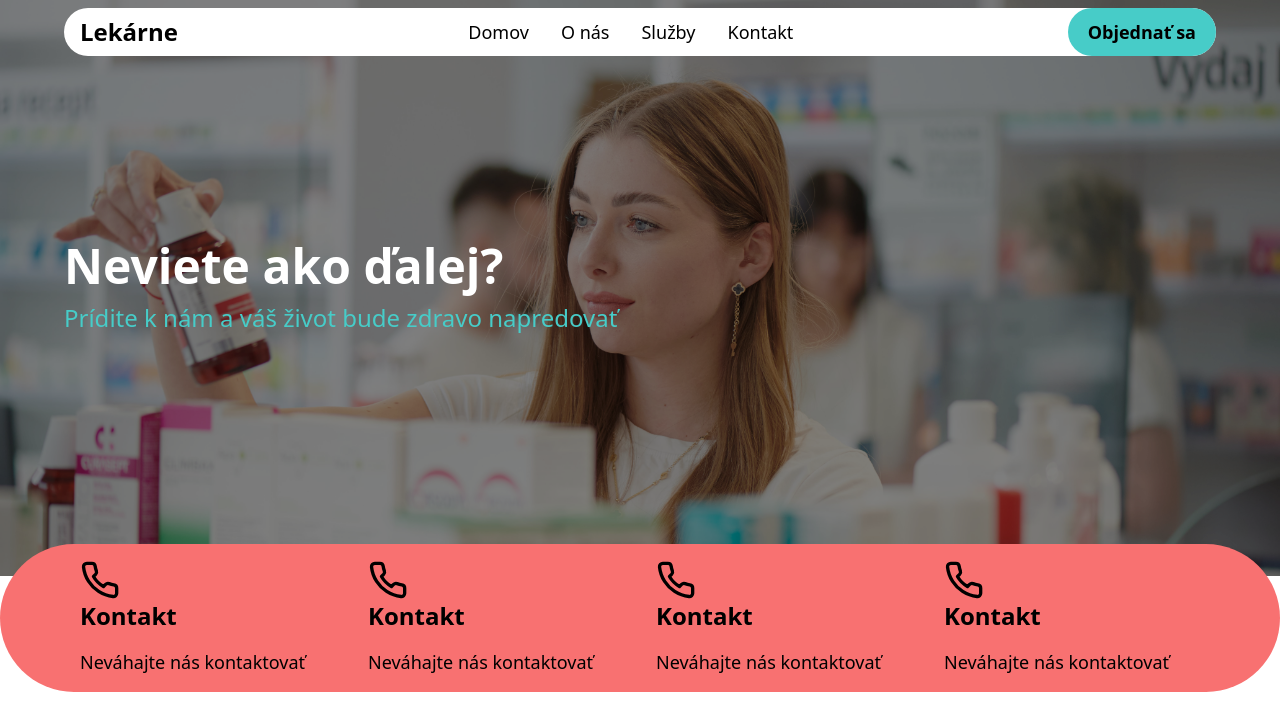
Repository: SimonSkoda13/Lekaren
Page: /
The author's editor kept a copy of each file at every save. The page is drawn from the files as they stood at one save, then again after the next save.
The browser window is 1280 px wide. The pictures show the whole page.
The project was rebuilt for these pictures with package versions that can differ from the ones it lists, and the page was loaded fresh each time. The framework's server and built-in components were replaced by stand-ins that run in the browser. Also part of the build but not shown: next.config.js.

Above is the page before, as saved 2023-04-22 17:39:11.

### src/app/layout.tsx
import { Header } from "./components/Header/Header";
import "./globals.css";
import { Poppins } from "next/font/google";

export const metadata = {
  title: "Create Next App",
  description: "Generated by create next app",
};

export default function RootLayout({
  children,
}: {
  children: React.ReactNode;
}) {
  return (
    <html lang="en">
      <body className="bg-white min-h-[100vh]">
        <Header />
        <main>{children}</main>
        <footer></footer>
      </body>
    </html>
  );
}

### src/app/page.tsx
import Image from "next/image";
import { Inter } from "next/font/google";
import { HomeHero } from "./components/HomeHero/HomeHero";
import { Contact } from "./components/Contact/Contact";

const inter = Inter({ subsets: ["latin"] });

// page with

export default function Home() {
  return (
    <>
      <HomeHero
        title={"Neviete ako ďalej?"}
        image={"/homeBanner.jpg"}
        description={"Prídite k nám a váš život bude zdravo napredovať"}
      />
      <Contact
        items={[
          {
            title: "Kontakt",
            description: "Neváhajte nás kontaktovať",
            icon: "/contactIcon.svg",
          },
          {
            title: "Kontakt",
            description: "Neváhajte nás kontaktovať",
            icon: "/contactIcon.svg",
          },
          {
            title: "Kontakt",
            description: "Neváhajte nás kontaktovať",
            icon: "/contactIcon.svg",
          },
          {
            title: "Kontakt",
            description: "Neváhajte nás kontaktovať",
            icon: "/contactIcon.svg",
          },
        ]}
      />
    </>
  );
}

### src/app/components/Header/Header.tsx
import Link from "next/link";
import React from "react";

export interface HeaderProps {}

export const Header = (props: HeaderProps) => {
  const {} = props;
  return (
    <header className="cntn fixed w-full top-2 z-10">
      <div className="flex bg-white rounded-full">
        <h1 className="py-2 px-4 text-2xl font-bold">Lekárne</h1>
        <div className="py-2 px-4 flex gap-8 items-center mx-auto text-lg font-medium">
          <Link href="/">Domov</Link>
          <Link href="/onas">O nás</Link>
          <Link href="/sluzby">Služby</Link>
          <Link href="/kontakt">Kontakt</Link>
        </div>
        {/* button order self */}
        <div className="flex justify-center items-center px-5 p-0 bg-primary rounded-full text-lg font-bold">
          <Link href="/order">Objednať sa</Link>
        </div>
      </div>
    </header>
  );
};

### src/app/globals.css
@tailwind base;
@tailwind components;
@tailwind utilities;

@layer components {
  .cntn {
    @apply mx-auto px-4  max-w-screen-xl md:px-16;
  }
}

### src/app/components/HomeHero/HomeHero.tsx
import Image from "next/image";
import React from "react";
import { ImageGradient } from "./ImageGradient/ImageGradient";

export interface HomeHeroProps {
  title: string;
  image: string;
  description: string;
}

export const HomeHero = (props: HomeHeroProps) => {
  const { title, image, description } = props;
  return (
    <section className="relative h-[80vh] z-0 px-0">
      <div className="w-full h-full absolute left-0 top-0 ">
        {/* make filter for image to odd brightness from top biggest to bottom lowest */}
        <ImageGradient>
          <Image
            src={image}
            alt="Next.js logo"
            fill
            style={{
              objectFit: "cover",
              objectPosition: "center",
            }}
          />
        </ImageGradient>
      </div>
      <div className="cntn relative gap-3 h-full flex justify-center flex-wrap flex-col z-10">
        <h1 className="text-5xl font-bold text-white">{title}</h1>
        <p className="text-2xl text-primary">{description}</p>
      </div>
    </section>
  );
};

### src/app/components/Contact/Contact.tsx
import { Phone } from "lucide-react";
import Image from "next/image";
import React from "react";

export interface ContactProps {
  items?: {
    title: string;
    description: string;
    icon: string;
  }[];
}

export const Contact = (props: ContactProps) => {
  const { items } = props;
  return (
    <section className="cntn z-10 relative w-full min-h top-[-2rem] grid grid-cols-2 md:grid-cols-4 items-start bg-red-400 rounded-full">
      {items?.map((item) => (
        <div className="flex flex-col items-start gap-4 p-4">
          {/* <Image
            src={item.icon}
            alt={"contactIcon" + item.title}
            width={100}
            height={100}
          /> */}
          <div>
            <Phone size={40} />
            <h2 className="text-2xl font-bold">{item.title}</h2>
          </div>
          <p className="text-lg font-medium">{item.description}</p>
        </div>
      ))}
    </section>
  );
};

### src/app/components/HomeHero/ImageGradient/ImageGradient.tsx
import React from "react";

export interface ImageGradientProps {
  children: React.ReactNode;
}

export const ImageGradient = (props: ImageGradientProps) => {
  const { children } = props;
  return (
    <div className="relative w-full h-full brightness-50 overflow-hidden z-10">
      <div className="absolute inset-0 z-10"></div>
      {children}
    </div>
  );
};

### tailwind.config.js
/** @type {import('tailwindcss').Config} */
module.exports = {
  content: [
    "./src/pages/**/*.{js,ts,jsx,tsx,mdx}",
    "./src/components/**/*.{js,ts,jsx,tsx,mdx}",
    "./src/app/**/*.{js,ts,jsx,tsx,mdx}",
  ],
  theme: {
    extend: {
      colors: {
        primary: "#47CCC8",
        secondary: "#2D3663",
      },
    },
  },
  plugins: [],
};

Loaded but not shown: src/app/api/hello/route.ts (common file)

After the next save:
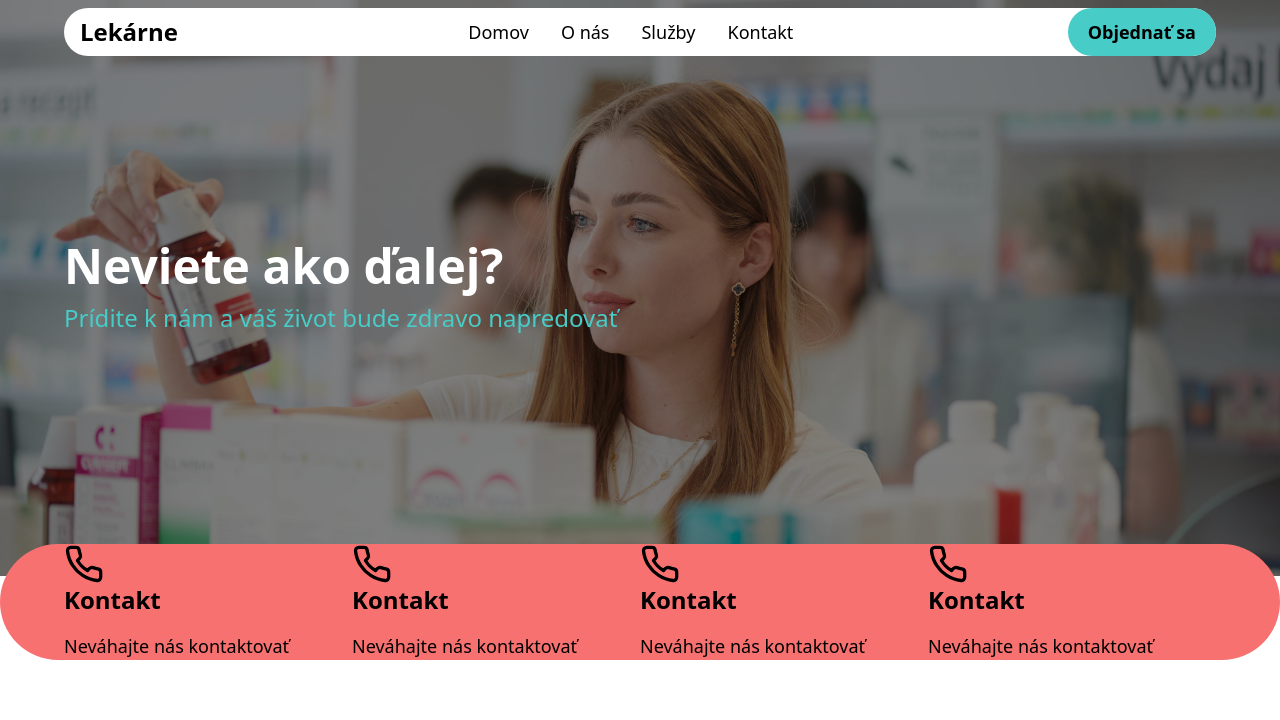
Saved 32 s later.
--- a/src/app/components/Contact/Contact.tsx
+++ b/src/app/components/Contact/Contact.tsx
@@ -15,7 +15,7 @@ export const Contact = (props: ContactProps) => {
   return (
     <section className="cntn z-10 relative w-full min-h top-[-2rem] grid grid-cols-2 md:grid-cols-4 items-start bg-red-400 rounded-full">
       {items?.map((item) => (
-        <div className="flex flex-col items-start gap-4 p-4">
+        <div className="flex flex-col items-start gap-4">
           {/* <Image
             src={item.icon}
             alt={"contactIcon" + item.title}
